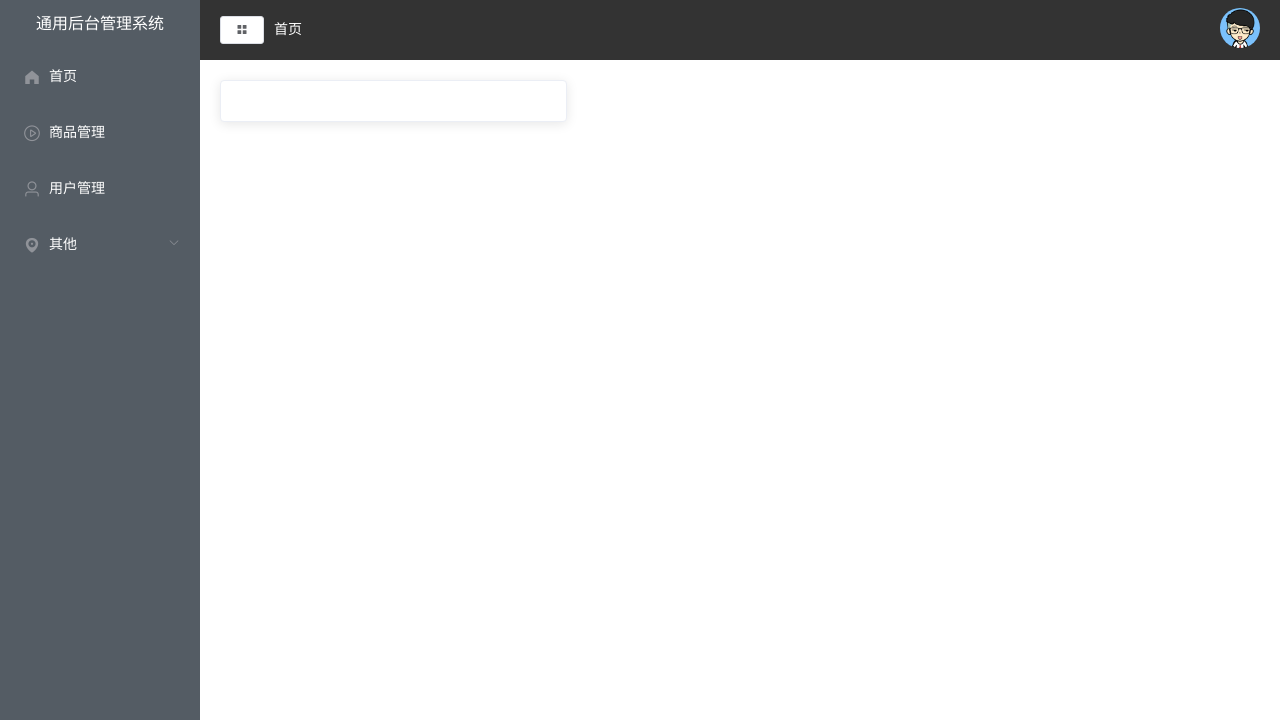
Repository: Francis200214/my-app
Page: /
The author's editor kept a copy of each file at every save. The page is drawn from the files as they stood at one save, then again after the next save.
The browser window is 1280 px wide. The pictures show the whole page.
The project was rebuilt for these pictures with package versions that can differ from the ones it lists, and the page was loaded fresh each time. Also part of the build but not shown: vue.config.js, src/views/User.vue, src/views/Mall.vue, src/views/other/PageOne.vue, src/views/other/PageTwo.vue.

Above is the page before, as saved 2023-05-21 15:29:02.

### src/main.js
import Vue from 'vue'
import App from './App.vue'
import ElementUI from 'element-ui'

// ElementUI 按需引入
// import { Button,Row } from 'element-ui'


import 'element-ui/lib/theme-chalk/index.css'
// Vue-Router
import router from './router'
// Vuex
import store from './store'


Vue.config.productionTip = false

// 全局引入Element UI
Vue.use(ElementUI);


// 按需引入Element UI
// Vue.use(Row);
// Vue.use(Button);


new Vue({
  router,
  store,
  render: h => h(App),
}).$mount('#app')

### src/App.vue
<template>
  <div id="app">
    <router-view></router-view>
  </div>
</template>

<style lang="less">
  html,body,h3 {
    margin: 0;
    padding: 0;
  }
</style>

<script>

export default {
  name: 'App'
}
</script>

### src/router/index.js
import Vue from 'vue'
import VueRouter from 'vue-router'

// 1、引入组件
import Main from '../views/Main.vue'
import Home from '../views/Home.vue'
import User from '../views/User.vue'
import Mall from '../views/Mall.vue'
import PageOne from '../views/other/PageOne.vue'
import PageTwo from '../views/other/PageTwo.vue'

// 引入Vue-Router
Vue.use(VueRouter);

// 2、路由与组件映射
const routes = [
    {
        path: '/',
        component: Main,
        // redirect 表示重定向，当路径是 / 的时候就重定向某个路由
        redirect: '/home',
        children: [
            { path: 'home', component: Home }, // 首页
            { path: 'user', component: User }, // 用户管理
            { path: 'mall', component: Mall }, // 商品管理
            { path: 'page1', component: PageOne }, // 页面一
            { path: 'page2', component: PageTwo }, // 页面二
        ]
    }

]

// 3、创建Router实例
const router = new VueRouter({
    routes // (缩写) 相当于 routes: routes
})

// 4、将 router 暴露
export default router

### src/store/index.js
import Vue from 'vue'
import Vuex from 'vuex'
import tab from './tab'

Vue.use(Vuex)


// 创建 Vuex 的实例
// 对外暴露
export default new Vuex.Store({
    modules: {
        tab
    }
})

### src/views/Main.vue
<template>
    <div>
        <el-container>
            <el-aside width="auto">
                <common-aside />
            </el-aside>
            <el-container>
                <el-header>
                    <common-header />
                </el-header>
                <el-main>
                    <router-view></router-view>
                </el-main>
            </el-container>
        </el-container>
    </div>
</template>
<style lang="less" scoped>
.el-header {
    padding: 0;
}
</style>
<script>
import CommonAside from '../components/CommonAside.vue'
import CommonHeader from '../components/CommonHeader.vue'


export default {
    data() {
        return {}
    },
    components: {
        CommonAside,
        CommonHeader
    }
}
</script>

### src/views/Home.vue
<template>
    <el-row>
        <el-col :span="8">
            <el-card class="box-card">
                <div class="user">

                </div>
                <div class="login"></div>
            </el-card>
        </el-col>
        <el-col :span="16">
            <div class="grid-content bg-purple-light"></div>
        </el-col>
    </el-row>
</template>
<script>
export default {
    data() {
        return {}
    }
}
</script>

### src/store/tab.js
export default {
    state: {
        isCollapse: false // 用于控制菜单的展开或收起
    },
    mutations: {
        // 修改菜单展开或者收起的方法
        collapseMenu(state) {
            state.isCollapse = !state.isCollapse
        }
    }
}

### src/components/CommonAside.vue
<template>
    <div>
        <el-menu default-active="1-4-1" class="el-menu-vertical-demo" @open="handleOpen" @close="handleClose"
            :collapse="isCollapse" background-color="#545c64" text-color="#fff" active-text-color="#ffd04b">

            <h3>{{ isCollapse ? '后台' : '通用后台管理系统' }}</h3>

            <el-menu-item @click="clickMenu(item)" v-for="item in noChildren" :key="item.name" :index="item.name">
                <i :class="`el-icon-${item.icon}`"></i>
                <span slot="title">{{ item.label }}</span>
            </el-menu-item>

            <el-submenu v-for="item in hasChildren" :key="item.label" :index="item.label">
                <template slot="title">
                    <i :class="`el-icon-${item.icon}`"></i>
                    <span slot="title">{{ item.label }}</span>
                </template>
                <el-menu-item-group v-for="subItem in item.children" :key="subItem.path">
                    <el-menu-item @click="clickMenu(subItem)" :index="subItem.path">{{ subItem.label }}</el-menu-item>
                </el-menu-item-group>
            </el-submenu>
        </el-menu>
    </div>
</template>

<style lang="less" scope>
.el-menu-vertical-demo:not(.el-menu--collapse) {
    width: 200px;
    min-height: 400px;
}

.el-menu {
    height: 100vh;
    border-right: none;

    h3 {
        color: #fff;
        text-align: center;
        line-height: 48px;
        font-size: 16px;
        // 字体粗细
        font-weight: 400;
    }
}
</style>

<script>
export default {
    data() {
        return {
            menuData: [
                {
                    path: '/',
                    name: 'home',
                    label: '首页',
                    icon: 's-home',
                    url: 'Home/Home'
                },
                {
                    path: '/mall',
                    name: 'mall',
                    label: '商品管理',
                    icon: 'video-play',
                    url: 'MallManage/MallManage'
                },
                {
                    path: '/user',
                    name: 'user',
                    label: '用户管理',
                    icon: 'user',
                    url: 'UserManage/UserManage'
                },
                {
                    label: '其他',
                    icon: 'location',
                    children: [
                        {
                            path: '/page1',
                            name: 'page1',
                            label: '页面1',
                            icon: 'setting',
                            url: 'Other/PageOne'
                        },
                        {
                            path: '/page2',
                            name: 'page2',
                            label: '页面2',
                            icon: 'setting',
                            url: 'Other/PageTwo'
                        }
                    ]
                }
            ]
        };
    },
    methods: {
        handleOpen(key, keyPath) {
            console.log(key, keyPath);
        },
        handleClose(key, keyPath) {
            console.log(key, keyPath);
        },
        // 点击菜单
        clickMenu(item) {
            console.log(item)
            // 当页面的路由与我要跳转的路由不一致的时候才允许跳转
            if (this.$route.path !== item.path && !(this.$route.path === '/home' && (item.path === '/'))) {
                // 这里的this代表vue实例
                this.$router.push(item.path)
            }
        }
    },
    computed: {
        // 没有子菜单
        noChildren() {
            return this.menuData.filter(item => !item.children)
        },
        // 有子菜单
        hasChildren() {
            return this.menuData.filter(item => item.children)
        },
        isCollapse() {
            return this.$store.state.tab.isCollapse
        }
    }
}
</script>

### src/components/CommonHeader.vue
<template>
    <div class="header-container">
        <div class="l-content">
            <el-button @click="handleMenu" icon="el-icon-menu" size="mini"></el-button>
            <!-- 面包屑 -->
            <span class="text">首页</span>
        </div>
        <div class="r-content">
            <el-dropdown>
                <span class="el-dropdown-link">
                    <img class="user" src="../assets/images/user.png" alt="">
                </span>
                <el-dropdown-menu slot="dropdown">
                    <el-dropdown-item>个人中心</el-dropdown-item>
                    <el-dropdown-item>退出</el-dropdown-item>
                </el-dropdown-menu>
            </el-dropdown>
        </div>
    </div>
</template>
<style lang="less" scoped>
.header-container {
    padding: 0px 20px;
    background-color: #333;
    height: 60px;
    display: flex;
    // 将元素放到元素主轴的两端
    justify-content: space-between;
    align-items: center;

    .text {
        color: #fff;
        font-size: 14px;
        margin-left: 10px;
    }

    .r-content {
        .user {
            width: 40px;
            height: 40px;
            border-radius: 50%;
        }
    }
}
</style>
<script>
export default {
    data() {
        return {}
    },
    methods: {
        handleMenu() {
            this.$store.commit('collapseMenu')
        }
    }
}
</script>

Loaded but not shown: public/index.html (common file)

After the next save:
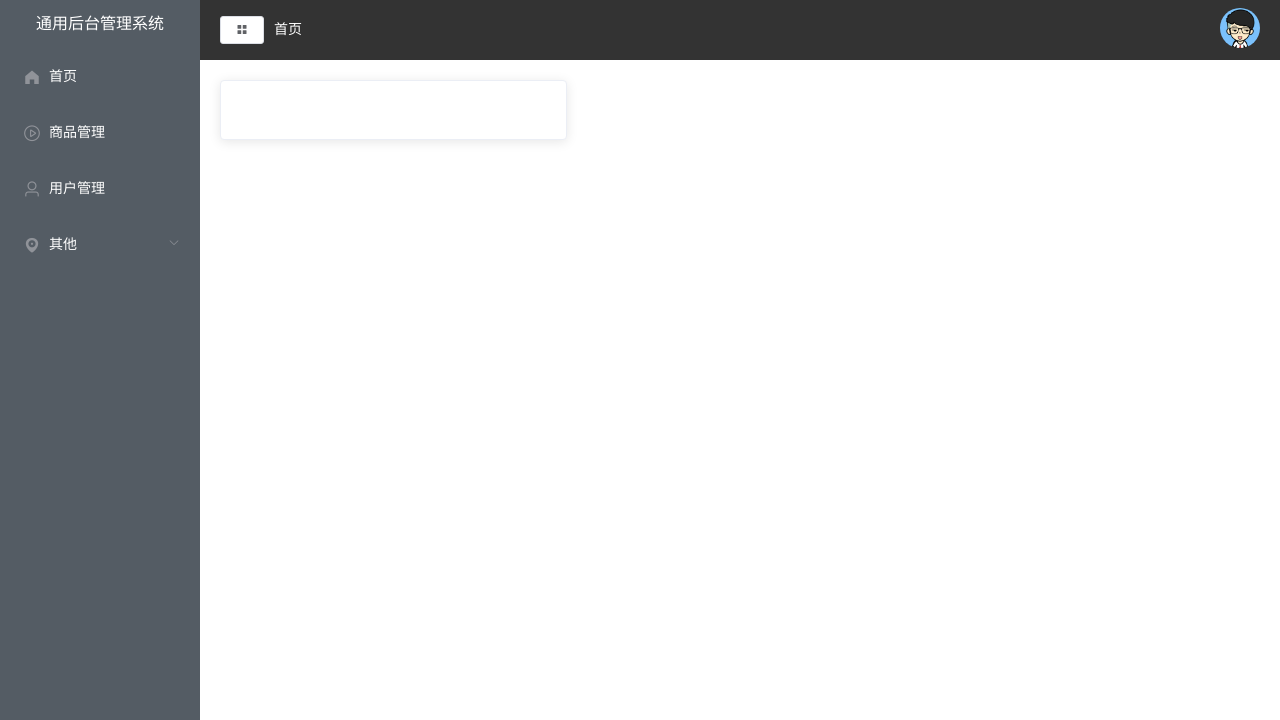
Saved 17 s later.
--- a/src/views/Home.vue
+++ b/src/views/Home.vue
@@ -3,7 +3,7 @@
         <el-col :span="8">
             <el-card class="box-card">
                 <div class="user">
-
+                    <img src="" alt="">
                 </div>
                 <div class="login"></div>
             </el-card>
